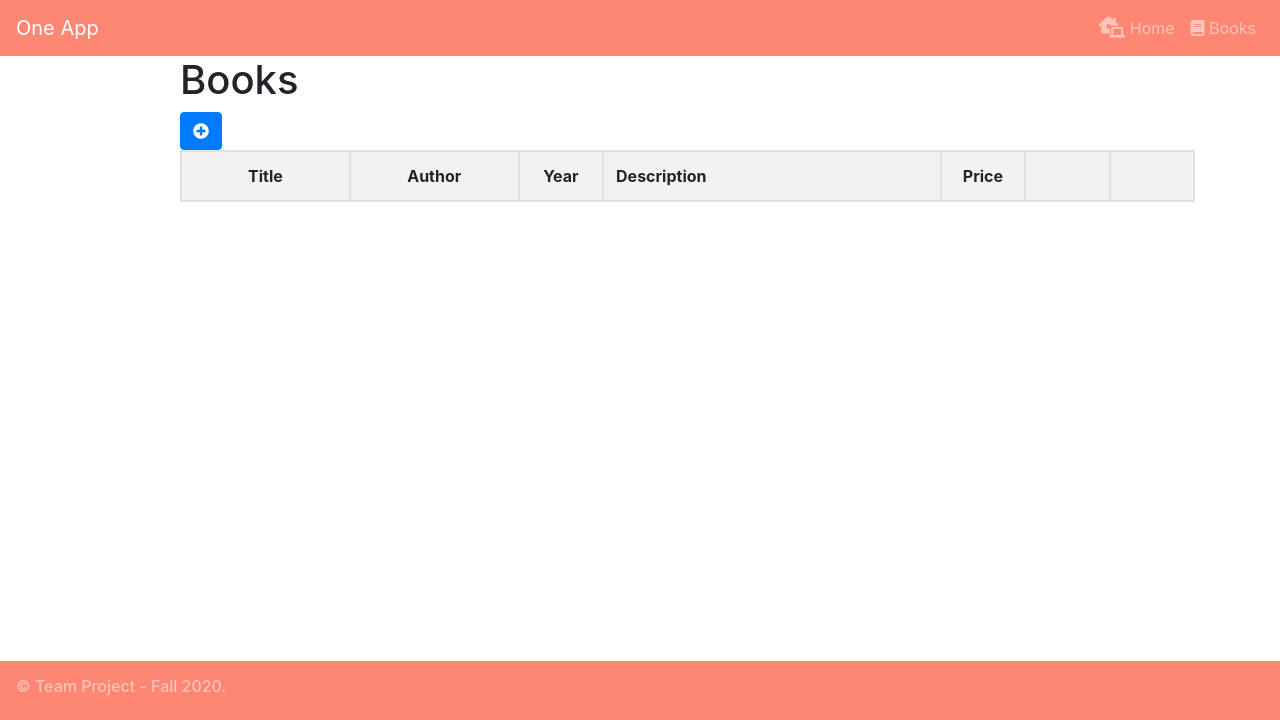
Repository: Dyazho/group-project
Page: http://localhost/survey
The author's editor kept a copy of each file at every save. The page is drawn from the files as they stood at one save, then again after the next save.
The browser window is 1280 px wide. The pictures show the whole page.
The page is served by the project's Node server (server.js). Queries for data that is not in the repository find no rows.

Above is the page before, as saved 2020-11-16 10:47:20.

After the next save:
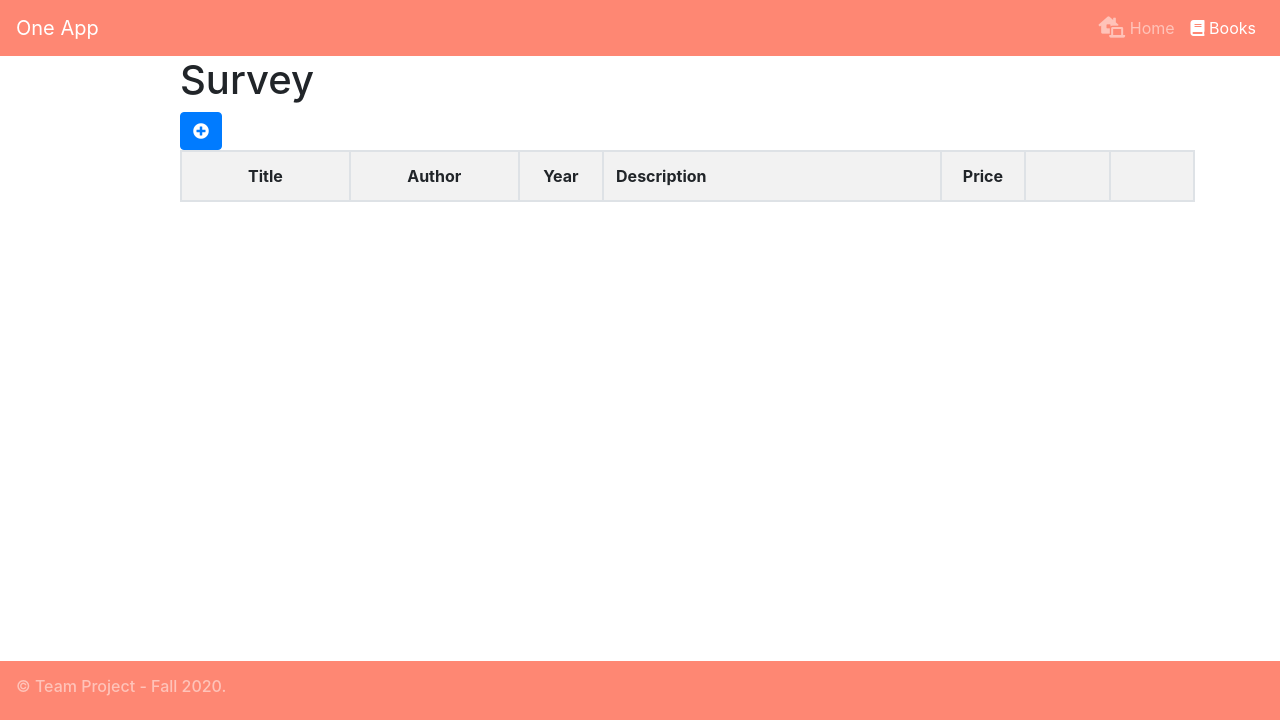
Saved 3 min 37 s later.
--- a/server/controllers/book.js
+++ b/server/controllers/book.js
@@ -15,7 +15,7 @@ module.exports.displayBookList = (req, res, next) => {
         {
             //console.log(BookList);
 
-            res.render('book/list', {title: 'Books', BookList: bookList});
+            res.render('book/list', {title: 'Survey', BookList: bookList});
         }
     });
 }
